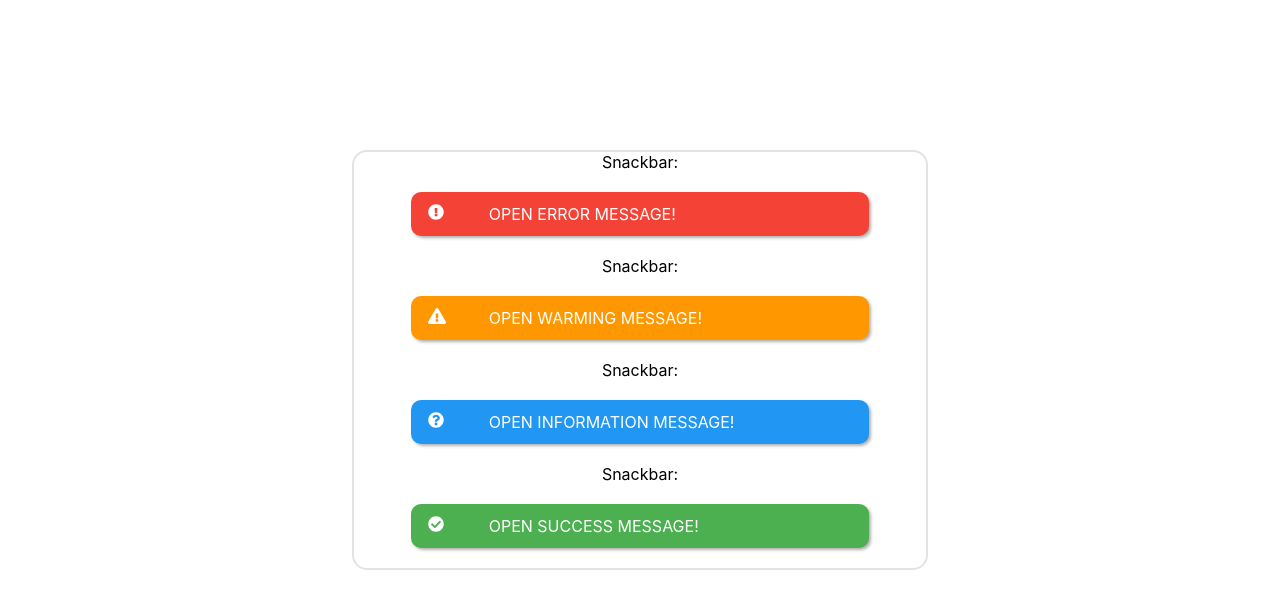
Repository: KrzysKolo/sr_tydzien5_zad2
Page: /
These files come from the project's save history. The page is drawn as it stood at one moment and after the next save; the edit follows.
The browser window is 1280 px wide. The pictures show the whole page.
The project was rebuilt for these pictures with package versions that can differ from the ones it lists, and the page was loaded fresh each time.

Above is the page before, as saved 2020-12-28 02:54:46.

After the next save:
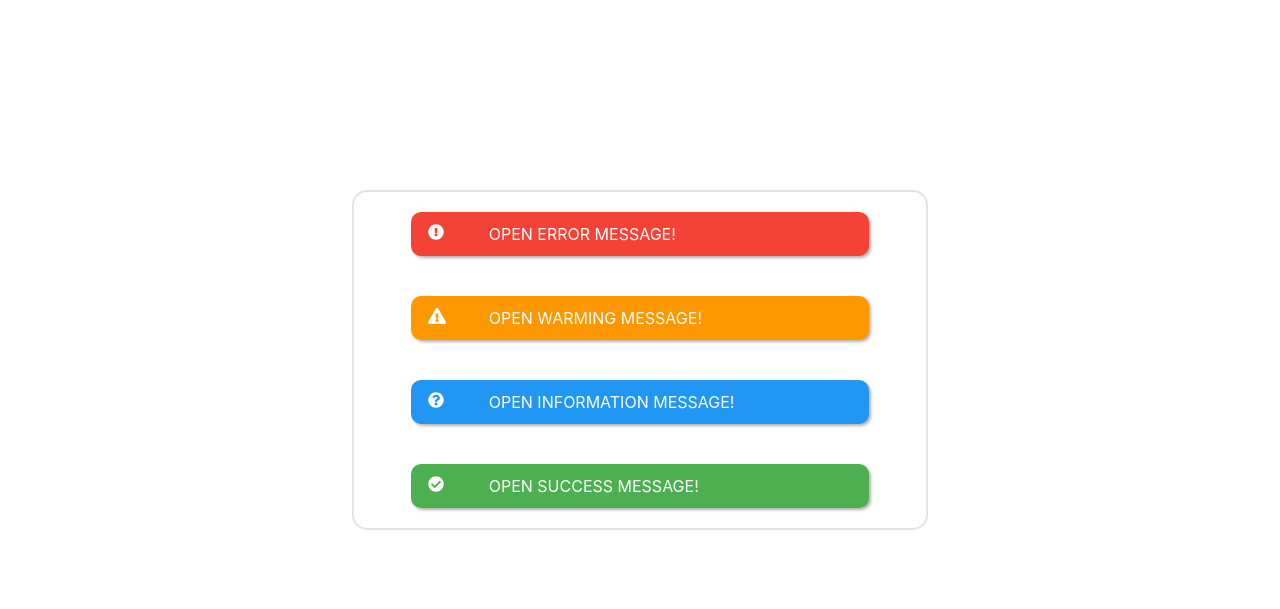
Saved 57 s later.
--- a/src/components/Button.js
+++ b/src/components/Button.js
@@ -20,20 +20,20 @@ const Button = ({data } ) => {
       const event = data.event;
       const switchFunction = (event) => {
         switch (event) {
-                case 'handleClickError': handleClickError(); break;
-                case 'handleClickWarming': handleClickWarming(); break;
+                case 'handleClick': handleClick(); break;
+              /*   case 'handleClickWarming': handleClickWarming(); break;
                 case 'handleClickInformation': handleClickInformation(); break;
-                case 'handleClickSuccess': handleClickSuccess(); break;
+                case 'handleClickSuccess': handleClickSuccess(); break; */
                 default: return null;
                 }
     }
     const [isShownSnackbar, setIsShownSnackbar] = useState(false);
-    const handleClickError = () => {
+    const handleClick = () => {
         console.log(data.info);
         setIsShownSnackbar(true);
 
     };
-    const handleClickWarming = () => {
+    /* const handleClickWarming = () => {
         console.log(data.info);
     };
     const handleClickInformation = () => {
@@ -41,17 +41,12 @@ const Button = ({data } ) => {
     };
     const handleClickSuccess = () => {
         console.log(data.info);
-    };
+    }; */
 
 
     return (
         <>
-            <Snackbar
-              isShown={isShownSnackbar}
-              setIsShown={setIsShownSnackbar}
-      >
-        {data.info}
-      </Snackbar>
+
         <div className="btn"
         onClick={() => switchFunction(event)}
         style={isHover ? OverStyle : OutStyle}
